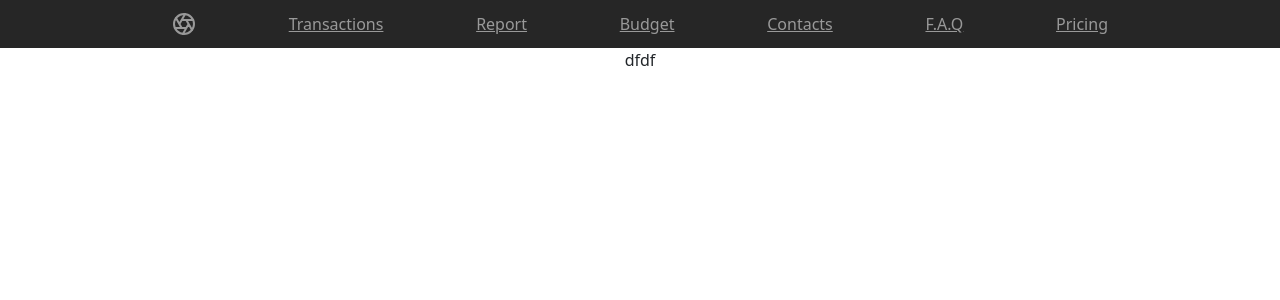
Repository: Nuriddinkhuja/budget-app-advanced
Page: index.html
An editor plug-in stored every save of this project. The page is shown before and after the next save, followed by the edit.
The browser window is 1280 px wide. The pictures show the whole page.
Some web libraries are served in a nearby version.

Above is the page before, as saved 2019-12-17 14:43:49.

After the next save:
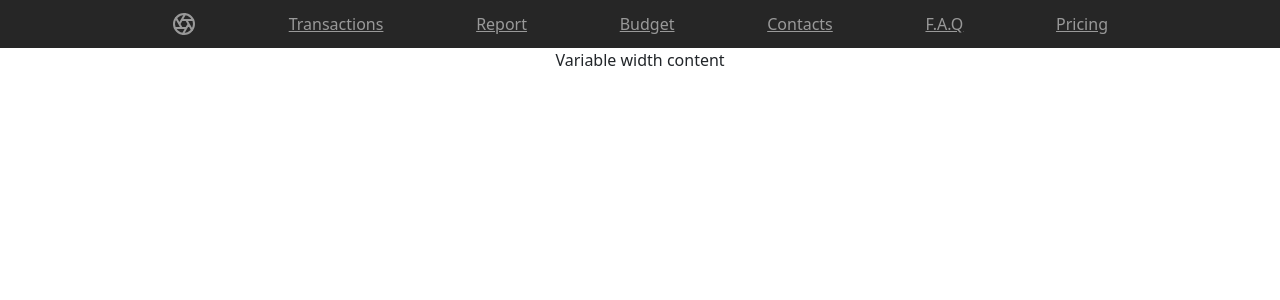
Saved 27 s later.
--- a/index.html
+++ b/index.html
@@ -23,7 +23,9 @@
     </nav>
     <div class="container">
         <div class="row justify-content-md-center">
-            dfdf
+            <div class="col-md-auto">
+                    Variable width content
+            </div>
         </div>
     </div>
 
